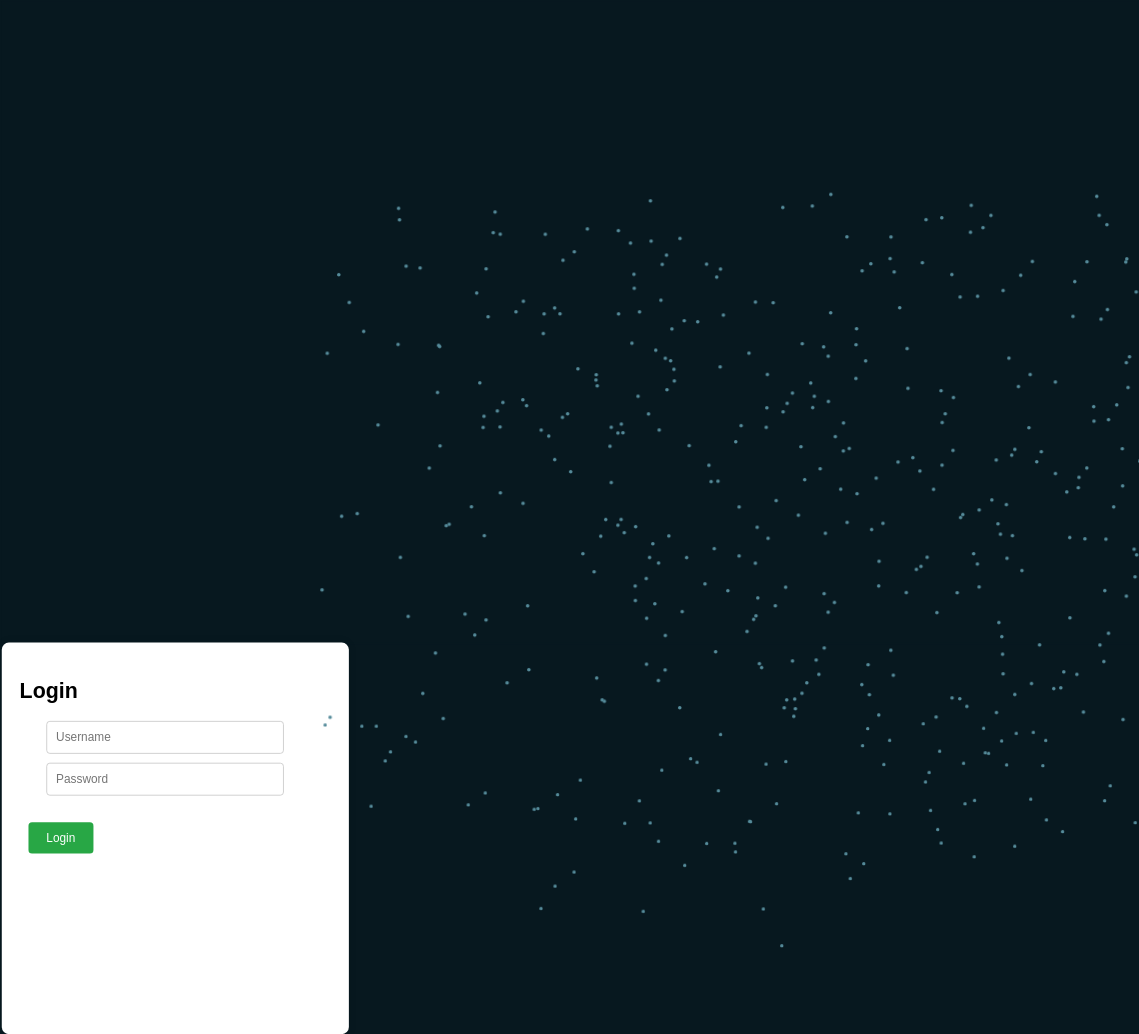
Repository: Anadi-Chauhan/Mentorship-binarybuddy
Page: login.html
An editor plug-in stored every save of this project. The page is shown before and after the next save, followed by the edit.
The browser window is 1280 px wide. The pictures show the whole page, at 89% of full size.

Above is the page before, as saved 2024-10-19 10:20:35.

### login.html
<!DOCTYPE html>
<html lang="en">
<head>
    <meta charset="UTF-8">
    <meta name="viewport" content="width=device-width, initial-scale=1.0">
    <title>Login Example</title>
    <link rel="stylesheet" href="stars.css">
    <link rel="stylesheet" href="login.css">
</head>
<body>
    <div id="stars"></div>
    <div class="container">
        <div id="login-form">
            <h2>Login</h2>
            <input type="text" id="username" placeholder="Username" required>
            <input type="password" id="password" placeholder="Password" required>
            <button onclick="login()">Login</button>
            <p id="login-error"></p>
        </div>

        <div id="welcome-section" style="display: none;">
            <h2>Welcome, <span id="user-name"></span>!</h2>
            <button onclick="logout()">Logout</button>
        </div>
    </div>

    <script src="stars.js" ></script>
    <script src="login.js"></script>
</body>
</html>

### stars.css
#stars {
    position: sticky;
    top: 0;
    left: 0;
    width: 100%;
    height: 100%;
}

.star {
    position: fixed;
    background: rgb(86, 140, 155);
    width: 4px;
    height: 4px;
    border-radius: 50%;
    animation: moveStar linear infinite;
}
@keyframes moveStar {
    0% {
        transform: translate(0, 0);
    }
    100% {
        transform: translate(calc(100vw * 0.5), calc(100vh * 0.5));
    }
}

### login.css
body {
    font-family: Arial, sans-serif;
    /* display: flex; */
    justify-content: center;
    align-items: center;
    height: 100vh;
    background-color: #f0f0f0;
    margin: 0;
    border: 2px solid color(srgb 0.0264 0.0958 0.1204);
    background-color: color(srgb 0.0264 0.0958 0.1204);
}

.container {
    background-color: white;
    z-index: 10;
    width: 350px;
    height: 400px;
    padding: 20px;
    border-radius: 8px;
    box-shadow: 0 0 10px rgba(0, 0, 0, 0.1);
}

input {
    display: block;
    margin: 10px 0;
    padding: 10px;
    width: 70%;
    margin-top: 10px;
    margin-left: 30px;
    border: 1px solid #ccc;
    border-radius: 4px;
}

button {
    padding: 10px 20px;
    background-color: #28a745;
    margin-top: 20px;
    margin-left: 10px;
    color: white;
    border: none;
    border-radius: 4px;
    cursor: pointer;
}

button:hover {
    background-color: #218838;
}

#error {
    color: red;
}

### stars.js
// Number of stars to create
const numStars = 600;
// Generate stars
for (let i = 0; i < numStars; i++) {
    const star = document.createElement('div');
    star.className = 'star';
    star.style.top = `${Math.random() * 100}%`;
    star.style.left = `${Math.random() * 100}%`;
    star.style.animationDuration = `${Math.random() * 5 + 5}s`; // Randomize animation duration
    star.style.animationDelay = `${Math.random() * 0}s`; // Randomize animation delay
    document.getElementById('stars').appendChild(star);
}

### login.js
// Script to handle login and logout
function login() {
    const username = document.getElementById("username").value;
    const password = document.getElementById("password").value;

    if (username === "admin" && password === "1234") {
        document.getElementById("login-form").style.display = "none";
        document.getElementById("welcome-section").style.display = "block";
        document.getElementById("user-name").textContent = username;
        document.getElementById("login-error").textContent = "";
        window.location.href = "./index.html";
    } else {
        document.getElementById("login-error").textContent = "Invalid credentials!";
    }
}

function logout() {
    document.getElementById("login-form").style.display = "block";
    document.getElementById("welcome-section").style.display = "none";
    document.getElementById("username").value = "";
    document.getElementById("password").value = "";
}

After the next save:
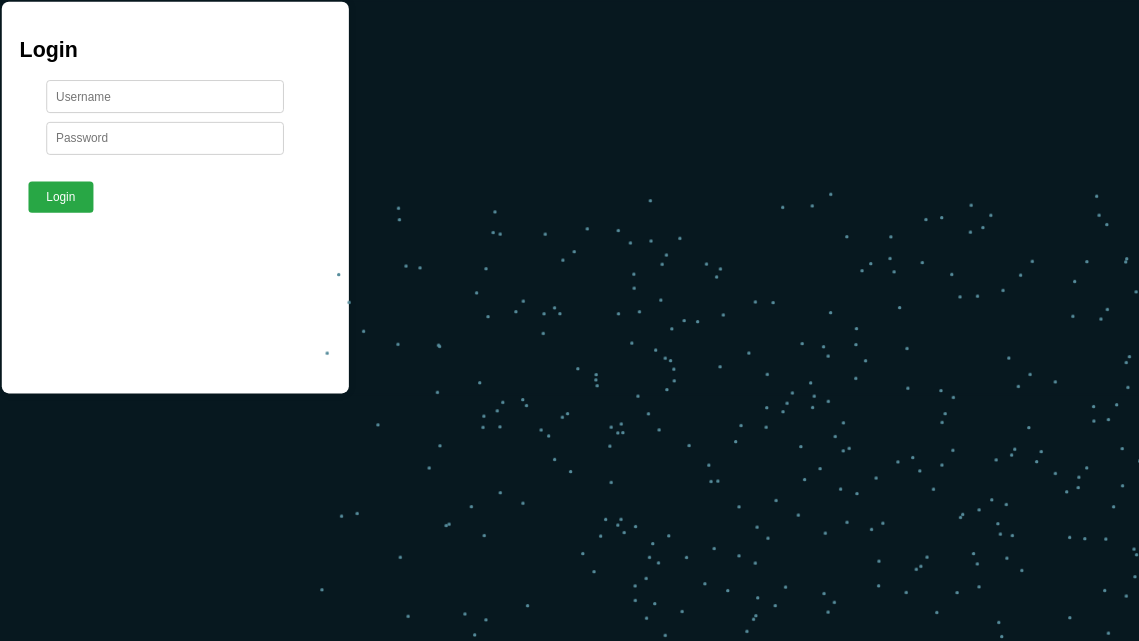
Saved 15 s later.
--- a/login.css
+++ b/login.css
@@ -1,9 +1,9 @@
 body {
     font-family: Arial, sans-serif;
     /* display: flex; */
-    justify-content: center;
-    align-items: center;
-    height: 100vh;
+    /* justify-content: center; */
+    /* align-items: center; */
+    /* height: 100vh; */
     background-color: #f0f0f0;
     margin: 0;
     border: 2px solid color(srgb 0.0264 0.0958 0.1204);
